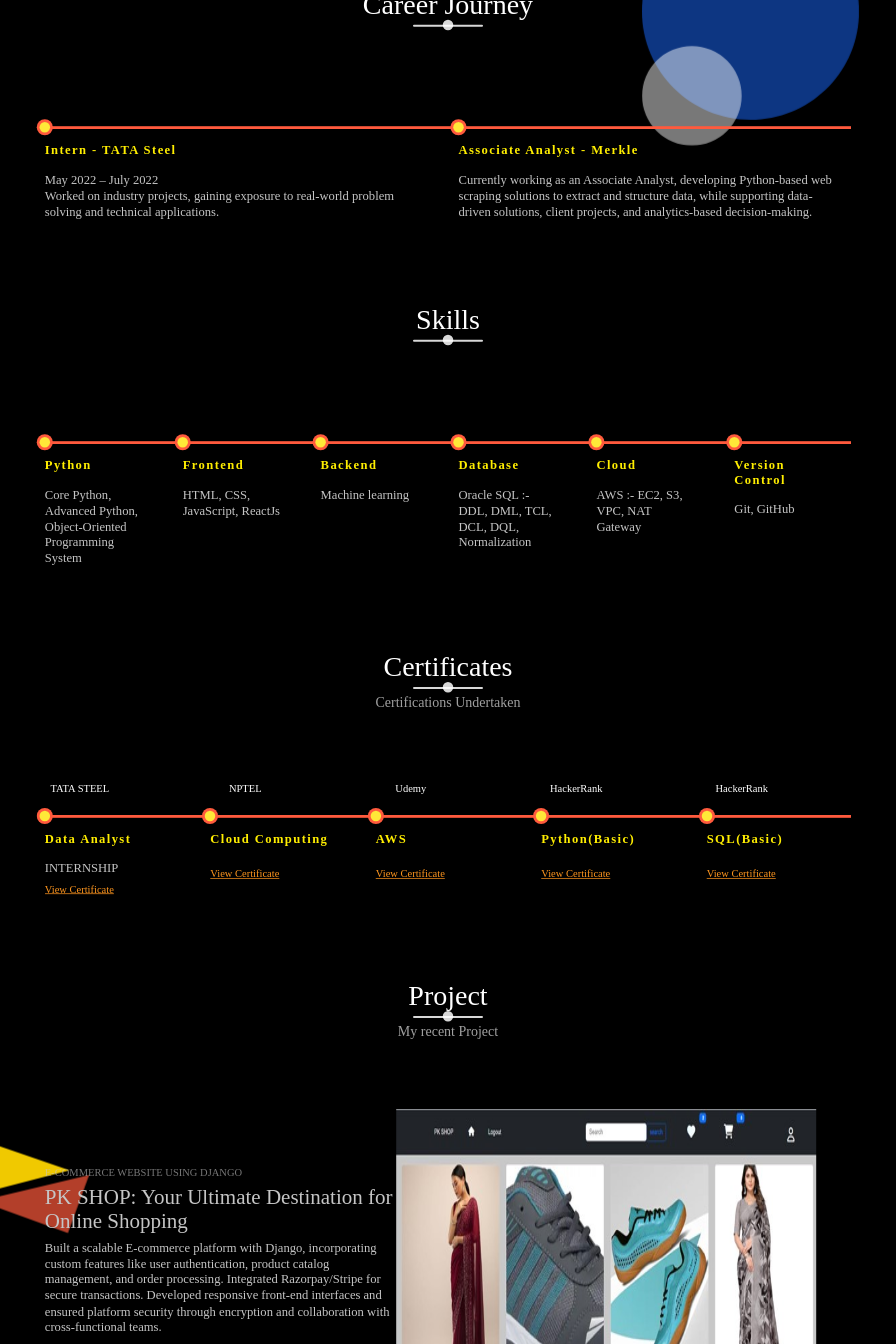
Repository: purushottam7660/Portfolio
Page: index.html
The author's editor kept a copy of each file at every save. The page is drawn from the files as they stood at one save, then again after a run of saves.
The browser window is 1280 px wide. The pictures show the part of the page from y = 1285 to 3205 px (the page is 6904 px tall before and 6927 px after), at 70% of full size.
A picture or video elsewhere on the page could not be fetched, so the positions and the page height are approximate. Some web fonts or font styles are not loaded; a fallback is used.

Above is the page before, as saved 2025-08-16 14:39:48.

### index.html
<!DOCTYPE html>
<html lang="en">

<head>
    <meta charset="UTF-8">
    <meta name="viewport" content="width=device-width, initial-scale=1">

    <title>Purushottam Kumar</title>
    <link rel="stylesheet" href="https://unpkg.com/aos@next/dist/aos.css" />
    <link rel="stylesheet" href="https://use.fontawesome.com/releases/v5.7.2/css/all.css"
        integrity="sha384-fnmOCqbTlWIlj8LyTjo7mOUStjsKC4pOpQbqyi7RrhN7udi9RwhKkMHpvLbHG9Sr" crossorigin="anonymous">
    <link rel="stylesheet" href="main.css">
    <link rel='icon' href='favicon.ico' type='image/x-icon'/>
    <link href="//db.onlinewebfonts.com/c/bd317adf74e5e7e564eb61ce9926cc6d?family=Gotham" rel="stylesheet" type="text/css"/>
    <link href="//db.onlinewebfonts.com/c/9a2bc11be56851dde98c1b49302cc21a?family=Gotham+Medium" rel="stylesheet" type="text/css"/>
    <link href="//db.onlinewebfonts.com/c/0923ee644c97a87d70269aa80a6f1e79?family=The+Historia+Demo" rel="stylesheet" type="text/css"/>
    <meta name="google-site-verification" content="9P7lBLkCpxEcZAig0uq5LQzN-YUIhlLA37V1Gj3avcg" />

</head>

<body>
    <header>
        <div class="left-circ" >
                <img src="Group 1953.svg" alt="" >
            </div>
            <div class="circle-img" >
                <img src="Group 1951.svg" alt="" >
            </div>
        <div class="menu-toggler">
            <div class="bar half start"></div>
            <div class="bar"></div>
            <div class="bar half end"></div>
        </div>
        <nav class="top-nav">
            <ul class="nav-list">
                <li>
                    <a href="index.html" class="nav-link">Home</a>

                </li>
                <li>
                    <a href="#about" class="nav-link">About</a>

                </li>
                <li>
                    <a href="#services" class="nav-link">Certificates</a>

                </li>
                <li>
                    <a href="#portfolio" class="nav-link">Project</a>

                </li>
                <li>
                    <a href="#experience" class="nav-link">Education</a>

                </li>
                <li>
                    <a href="#experience" class="nav-link">Contact</a>

                </li>

            </ul>
        </nav>
        <div class="landing-text">
            <h1>Purushottam Kumar</h1>
            <h6>Associate Analyst</h6>
            <div class="scrolldown">
                <span></span>
                <span></span>
                <span></span>
            </div>
        </div>

    </header>

    <section class="about" id="about">
        <div class="container">
            <div class="profile-img" >
                <img src="./Me.jpg"  data-aos="fade-up" data-aos-delay="300ms">

            </div>
            <div class="skills-img" >
                <img src="blackball.svg" alt="" >
            </div>

            <div class="about-details" data-aos="fade-up" data-aos-delay="300ms" >
                <div class="about-heading">
                    <h1>About</h1>
                    <h6>Myself</h6>
                </div>
                <br>
                <h3> Hi! This is Purushottam Kumar. </h3>
                <br>
                <p>
                   Associate Analyst @Merkel

                    <br>
                    <br>
                    <a href="https://drive.google.com/file/d/165yn6GBqy3xRHl08g18MrKQxIV79vI6r/view?usp=sharing" class="cta" target="_blank">Checkout my Resume</a>


                </p>
                <br>

                <address>Contact me here <a href="purushottam7660@gmail.com" > purushottam7660@gmail.com </a>
                </address>

                <div class="social-media"  >
                    <ul class="nav-list"  >
                        <li>
                            <a href="https://www.linkedin.com/in/purushottam-kumar-a3a2491b3/" class="icon-link" target="_blank">
                                <i class="fab fa-linkedin"></i>
                            </a>
                        </li>
                        <li>
                            <a href="https://github.com/purushottam7660" class="icon-link" target="_blank">
                                <i class="fab fa-github-square"></i>
                            </a>
                        </li>
                        <li>
                            <a href="https://www.hackerrank.com/profile/Purushottam7660" target="_blank">
                                <i class="fab fa-hackerrank"></i>
                            </a>
                        </li>
                        <li>
                            <a href="https://www.instagram.com/purushottam115/" target="_blank">
                                <i class="fab fa-instagram"></i>
                            </a>
                        </li>
                        <li>
                            <a href="https://www.snapchat.com/add/" target="_blank">
                                <i class="fab fa-snapchat-square"></i>
                            </a>
                        </li>

                        <!-- <li>
                            <a href="https://leetcode.com/akgupta2075/" class="icon-link">
                                <i class="fab fa-behance-square"></i>
                            </a>
                        </li> -->
                        <!-- <li>
                            <a href="https://medium.com/@tejasvi_soi" class="icon-link">
                                <i class="fab fa-medium"></i>
                            </a>
                        </li> -->

                    </ul>
                </div>

            </div>

        </div>
    </section>
    <section class="career" id="career">
        <div class="container">
            <div class="section-heading">
                <h1>Career Journey</h1>
            </div>

            <div class="my-skills">
                <div class="skill" data-aos="fade-right" data-aos-delay="300ms">
                    <h3>Intern - TATA Steel</h3>
                    <p>May 2022 – July 2022</p>
                    <p>Worked on industry projects, gaining exposure to real-world problem solving and technical
                        applications.</p>
                </div>

                <div class="skill" data-aos="fade-right" data-aos-delay="600ms">
                    <h3>Associate Analyst - Merkle</h3>
                    <p>Currently working as an Associate Analyst, developing Python-based web scraping solutions to extract and structure data,
                    while supporting data-driven solutions, client projects, and analytics-based decision-making.</p>
                </div>
            </div>
        </div>
    </section>



    <section class="skills" id="skills">
    <div class="container">
        <div class="section-heading">
            <h1>Skills</h1>
            <!-- <h6>My Python Full Stack Development Skills</h6> -->
        </div>

        <div class="my-skills">
            <div class="skill" data-aos="fade-right" data-aos-delay="300ms">
                <h3>Python</h3>
                <p>Core Python, Advanced Python, Object-Oriented Programming System</p>
            </div>

            <div class="skill" data-aos="fade-right" data-aos-delay="600ms">
                <h3>Frontend</h3>
                <p>HTML, CSS, JavaScript, ReactJs</p>
            </div>

            <div class="skill" data-aos="fade-right" data-aos-delay="900ms">
                <h3>Backend</h3>
                <p> Machine learning</p>
            </div>

            <div class="skill" data-aos="fade-right" data-aos-delay="1200ms">
                <h3>Database</h3>
                <p>Oracle SQL :- DDL, DML, TCL, DCL, DQL, Normalization</p>
            </div>

            <div class="skill" data-aos="fade-right" data-aos-delay="900ms">
                <h3>Cloud</h3>
                <p> AWS :- EC2, S3, VPC, NAT Gateway</p>
            </div>

            <div class="skill" data-aos="fade-right" data-aos-delay="1500ms">
                <h3>Version Control</h3>
                <p>Git, GitHub</p>
            </div>

            </div>
        </div>
    </section>


    <section class="services" id="services" >

        <div class="container">
            <div class="services-img" >
                <img src="Rectangle 5651.svg" alt="" >
            </div>
            <div class="section-heading" >
                <h1>Certificates</h1>
                <h6>Certifications Undertaken</h6>
            </div>

            <div class="my-skills" data-aos="fade-right" data-aos-delay="100ms">
                <div class="skill" data-date="TATA STEEL"  data-aos="fade-right" data-aos-delay="300ms">

                    <h3>Data Analyst</h3>
                    <p>
                        INTERNSHIP
                    </p>
                    <br>
                    <a href="https://drive.google.com/file/d/1CfXKXl8S87-Uqk5XjmIV3m66L2Rnr3qc/view?usp=sharing"class="cta">View Certificate</a>
                </div>
                <div class="skill" data-date="NPTEL" data-aos="fade-right" data-aos-delay="600ms">

                    <h3>Cloud Computing</h3>
                    <p>

                    </p>
                    <br>
                    <a href="https://drive.google.com/file/d/12JIj-hmUDqzL3e5l1pUjtZGyqBs8_5lm/view?usp=sharing" class="cta">View Certificate</a>
                </div>

                <div class="skill" data-date="Udemy" data-aos="fade-right" data-aos-delay="900ms">

                    <h3> AWS </h3>
                    <p>

                    </p>
                    <br>
                    <a href="https://drive.google.com/file/d/1rp1tauTbMgCd7x8rF2W_imO4-MThdTXQ/view?usp=sharing" class="cta">View Certificate</a>
                </div>

                <div class="skill" data-date="HackerRank" data-aos="fade-right" data-aos-delay="1200ms">

                    <h3>Python(Basic)</h3>
                    <p>

                    </p>
                    <br>
                    <a href="https://www.hackerrank.com/certificates/4d5b223e8351" class="cta" >View Certificate</a>
                </div>

                <div class="skill" data-date="HackerRank" data-aos="fade-right" data-aos-delay="1200ms">

                    <h3> SQL(Basic)</h3>
                    <p>

                    </p>
                    <br>
                    <a href="https://www.hackerrank.com/certificates/5d3e51e30cd5" class="cta">View Certificate</a>
                </div>
            </div>

            </div>
        </div>
    </section>

    <section class="portfolio" id="portfolio">
        <div class="container">
            <div class="section-heading">
                <h1>Project</h1>
                <h6>My recent Project</h6>
            </div>
            <div class="portfolio-item" data-aos="fade-in" data-aos-duration="300ms">
                <div class="portfolio-description">
                    <h6>E-commerce Website using Django</h6>
                    <h1>PK SHOP: Your Ultimate Destination for Online Shopping</h1>
                    <p>
                        Built a scalable E-commerce platform with Django, incorporating custom features like user authentication, product catalog management, and order processing. Integrated Razorpay/Stripe for secure transactions. Developed responsive front-end interfaces and ensured platform security through encryption and collaboration with cross-functional teams.                    </p>
                    <a href="https://github.com/" class="cta">View Project</a>
                </div>
                <div class="portfolio-img has-margin-right"><img src="./PK SHOP.jpg" alt="" style="height: 450px; width: 600px;"></div>
            </div>

<br>
<br>


            <div class="portfolio-item" data-aos="fade-in" data-aos-duration="300ms">
                <div class="portfolio-img has-margin-right">
                    <img src="./telecome_project.png" alt=""style="height: 450px; width: 600px;">
                </div>
                <div class="portfolio-description">
                    <h6>Python</h6>
                    <h1>Telecom Churn Estimation Using Machine Learning</h1>
                    <p> Organizations today face intense competition in delivering advanced Quality of Service (QoS) to attract customers. Implementing efficient customer relationship management systems, supported by machine learning models like support vector machines and Random Forest algorithms, proves instrumental in customer retention and overall business profitability. Addressing challenges such as customer churn and aligning consumer expectations with product performance, organizations can strategically enhance product quality, improve brand portfolio, and optimize profit-driven feature selection in data mining and machine learning. <br>

                        Our approach involves implementing a computationally inexpensive Machine Learning algorithm for extracting insights from complex data patterns, resulting in high accuracy, time savings, and low complexities. Currently, we are actively engaged in data pre-processing, including evaluating column importance, eliminating unwanted data, and addressing null values and outliers. The ongoing cross-validation process ensures the robustness of every data column.
                        </p>
                    <a href="https://github.com/purushottam7660/TELECOM-CHURN-ESTIMATION-USING-MACHINE-LEARNING" class="cta">View Project</a>
                </div>
            </div>
<br>
<br>

            <div class="portfolio-item" data-aos="fade-in" data-aos-duration="300ms">
                <div class="portfolio-description">
                    <h6>INTERNSHIP</h6>
                    <h1>RH Treatment Time Prediction</h1>
                    <p>
                        Embark on a transformative machine learning journey with RH Treatment Time Prediction, exploring algorithms like Linear Regression, Decision Trees, Random Forest, and XG Boost. Acquire expertise in data pre-processing and model building, extracting valuable insights from challenges. Uncover the potency of supervised learning to predict treatment durations and join us in translating raw data into meaningful insights. Explore the dynamic intersection of data science and artificial intelligence to predict RH treatment times, harnessing the full potential of machine learning. Unravel intricate patterns and make informed decisions for optimized treatment durations.
                    </p>
                    <a href="https://github.com/" class="cta">View Project</a>
                </div>
                <div class="portfolio-img has-margin-right"><img src="./internship.png" alt="">
                </div>
            </div>

<br>
<br>

            <div class="portfolio-item" data-aos="fade-in" data-aos-duration="300ms">
                <div class="portfolio-img has-margin-right">
                    <img src="./3_tier_project.webp" alt="" style="height: 700px; width: 700px;">
                </div>
                <div class="portfolio-description has-margin-right">
                    <h6>Cloud Computing</h6>
                    <h1>
                        Hosting a 3-Tier Web Application Architecture on Amazon Web Services (AWS)</h1>
                    <p>
                        Discover a seamlessly hosted 3-tier web application on Amazon Web Services (AWS). This project intricately integrates vital AWS elements like VPC, ALB, and EC2, focusing on scalability, cost-effectiveness, and strong data security. Immerse yourself in the forefront of web application deployment, experiencing a fusion of cutting-edge technology and strategic architecture. This initiative marks a pivotal step into the future of cloud-based solutions, showcasing simplicity, efficiency, and innovation in web development.
                    </p>
                    <a href="https://docs.google.com/document/d/1dgbV1sPptQwEVhPD0u-hDz4tcvaEAjP5/edit?usp=sharing&ouid=102923793194469586786&rtpof=true&sd=true" class="cta">View Project</a>
                </div>
            </div>


            <div class="portfolio-item" data-aos="fade-in" data-aos-duration="300ms">
                <div class="portfolio-description">
                    <h6>Cloud Computing</h6>
                    <h1>Hosting a static website using Amazon web service </h1>
                    <p>
                        This comprehensive professional training report delves into the utilization of Amazon S3 as a robust solution for static website hosting and the integration of Route 53 for effective domain management. The report culminates with a thorough examination of the successful implementation and performance analysis, underscoring key aspects such as scalability, cost reduction, and enhanced data security measures. Throughout the project, a detailed overview is provided, encompassing the intricacies of static and dynamic websites, insights into AWS architecture, and a comprehensive understanding of Domain Name System (DNS) concepts. The emphasis on operational simplicity, business requirements, and the adoption of a highly scalable, resilient, and reliable website on Amazon Web Services adds depth to the project's significance.
                    </p>
                    <a href="https://docs.google.com/document/d/1BsOcGspHFqFBEX4XXZpwkwkMEkAuJe-A/edit?usp=sharing&ouid=102923793194469586786&rtpof=true&sd=true" class="cta">View Project</a>
                </div>
                <div class="portfolio-img has-margin-right"><img src="./static_website.png" alt="">
                </div>
            </div>
        </div>

    </div>
    </section>

    <section class="experience" id="experience">
        <div class="container" >
            <div class="section-heading">
                <h1>Education</h1>
                <h6></h6>
            </div>
            <div class="timeline" >
                <ul>
                    <li class="date" data-date="June 2019-Aug 2023" data-aos="fade-up" data-aos-duration="300ms">
                        <h1><a href="https://www.sathyabama.ac.in/" class="cta">Sathyabama Institute of Science and Technology</a></h1>
                        <p>Bachelor's of Engineering in Computer Science & Engineering <br>
                            CGPA- 8.4
                        </p>
                        <br>

                    </li>
                    <li class="date" data-date="March 2018-April 2019" data-aos="fade-up" data-aos-duration="300ms">
                        <h1>Senior Secondary</h1>
                        <p><a href="https://mnpsjsr.org/" class="cta">Motilal Nehru Public School, Jamshedpur</a>
                            <br>
                            Percentage- 62.25%
                        </p>
                        <br>

                    </li>
                    <li class="date" data-date="March 2016-April 2017" data-aos="fade-up" data-aos-duration="300ms">
                        <h1>Secondary</h1>
                        <p><a href="https://mnpsjsr.org/" class="cta">Motilal Nehru Public School, Jamshedpur</a> <br>

                            Percentage- 78.40%
                        </p>
                        <br>
                    </li>
                </ul>
                <div class="contact-img" >
                    <img src="Group 1956.svg" alt="" >
                </div>
            </div>
        </div>
    </section>


<section class="contact" id="contact">
    <div class="container">
        <div class="section-heading">
            <h1>Contact</h1>
            <h6>Get in touch with me</h6>
        </div>
        <div class="contact-details" data-aos="fade-up" data-aos-delay="300ms">
            <p>
                Feel free to reach out to me for any queries or collaboration opportunities. I'm always open to new
                projects and conversations!
            </p>
            <address>
                Email: <a href="purushottam7660@gmail.com">purushottam7660@gmail.com</a>
                <br>
                Phone: <a href="tel:+1234567890">+91 6203541645</a>
                <br>
                LinkedIn: <a href="https://www.linkedin.com/in/purushottam-kumar-a3a2491b3/">Purushottam Kumar</a>
                <br>
                Instagram: <a href="https://www.instagram.com/purushottam115/">@purushottam115</a>
            </address>
        </div>
    </div>
</section>


    <footer class="copyright">
        <div class="up" id="up">
            <i class="fas fa-chevron-up"></i>
        </div>
        <p>&copy; 2024 Purushottam Kumar</p>
    </footer>
    <script src="https://ajax.googleapis.com/ajax/libs/jquery/3.3.1/jquery.min.js"></script>

    <script src="https://unpkg.com/aos@next/dist/aos.js"></script>
    <script src="main.js"></script>


</body>

</html>

Loaded but not shown: main.js (common file); main.css (1379 lines, source omitted)

After the next 2 saves:
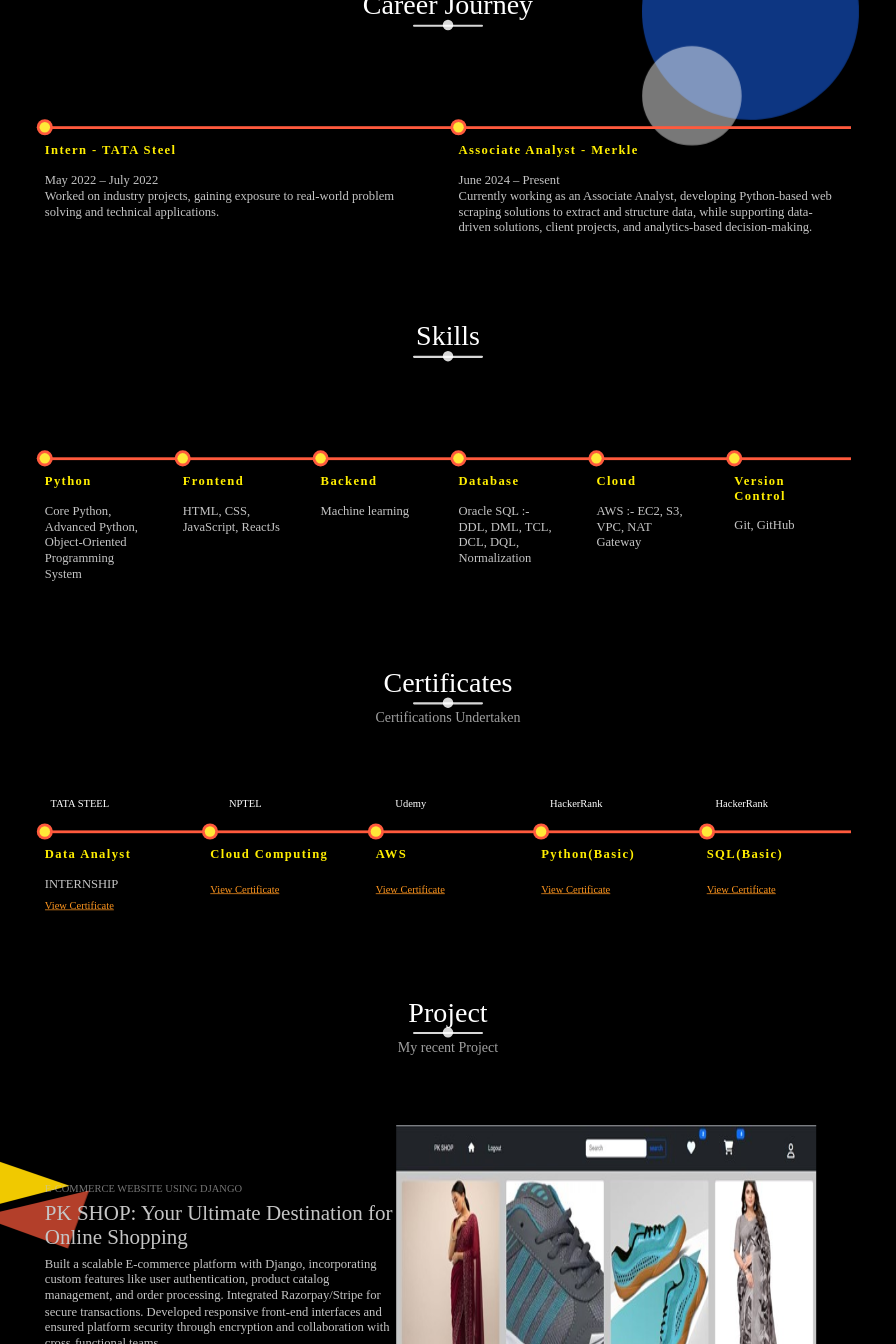
The 2 saves are shown as one change because they came seconds apart.
The last was saved 45 s later.
--- a/index.html
+++ b/index.html
@@ -166,6 +166,7 @@
 
                 <div class="skill" data-aos="fade-right" data-aos-delay="600ms">
                     <h3>Associate Analyst - Merkle</h3>
+                    <p>June 2024 – Present</p>
                     <p>Currently working as an Associate Analyst, developing Python-based web scraping solutions to extract and structure data,
                     while supporting data-driven solutions, client projects, and analytics-based decision-making.</p>
                 </div>
